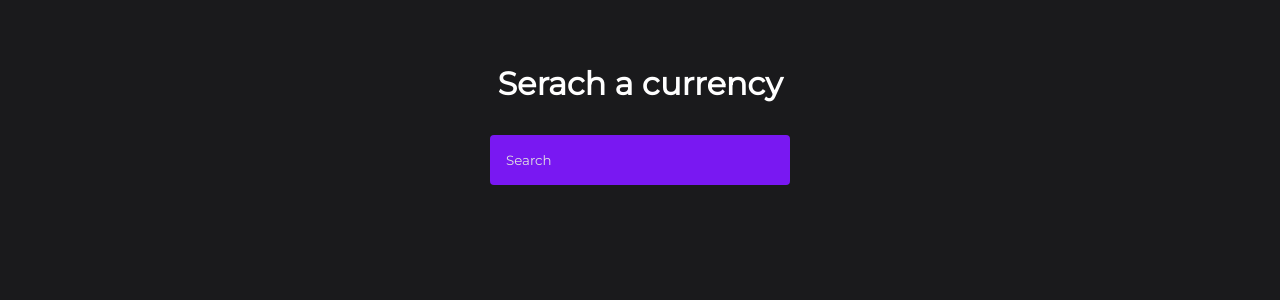
Repository: Malooyyy/crypto-tracker
Page: /
These files come from the project's save history. The page is drawn as it stood at one moment and after the next save; the edit follows.
The browser window is 1280 px wide. The pictures show the whole page.
The page's requests for data from a server got no answer. The project was rebuilt for these pictures with package versions that can differ from the ones it lists, and the page was loaded fresh each time. No one was signed in, and anything a server would have sent is missing. Also part of the build but not shown: src/Coin.css, src/Coin.js.

Above is the page before, as saved 2022-06-29 09:22:53.

### src/index.css
@import url('https://fonts.googleapis.com/css2?family=Montserrat&display=swap');

* {
  box-sizing: border-box;
  margin: 0;
  padding: 0;
  font-family: 'Montserrat', sans-serif;
  background-color: #1a1a1c;
  color: #fff;
}

.coin-app {
  display: flex;
  flex-direction: column;
  align-items: center;
  margin-top: 64px;
  color: #fff;
}

.coin-search {
  margin-bottom: 64px;
  display: flex;
  flex-direction: column;
  justify-content: center;
  align-items: center;
}

.coin-text {
  margin-bottom: 32px;
  text-align: center;
}

.coin-input {
  padding-left: 16px;
  width: 300px;
  height: 50px;
  border-radius: 4px;
  border: none;
  border-image: Linear-gradients(-225deg, #ac32e4 0%, #7918f2, #4801ff 100%);
  background: #7918f2;
  color: #e2e2e2;
}

.coin-input::placeholder {
  color: #e2e2e2;
}

### src/App.js
import React, {useEffect, useState} from 'react';
import axios from 'axios';
import Coin from './Coin.js'


function App() {
  const[coins, setCoins] = useState([]);
  const [search, setSearch] = useState('')

  useEffect(() => {
    axios
    .get('https://api.coingecko.com/api/v3/coins/markets?vs_currency=usd&order=market_cap_desc&per_page=100&page=1&sparkline=false')
    .then(res => {
      setCoins(res.data);
    })
    .catch( error => console.log(error));
  }, []);

  const handleChange = e => {
    setSearch(e.target.value)
  }

  const filteredCoins = coins.filter(coin =>
    coin.name.toLowerCase().includes(search.toLowerCase())
    )

  return (
    <div className="coin-app">
      <div className="coin-serach">
        <h1 className="coin-text">Serach a currency</h1>
        <form>
          <input placeholder='Search' className='coin-input' type="text" onChange={handleChange} />
        </form>
      </div>
      {filteredCoins.map(coin => {
        return (
          <Coin key={coin.id}
          name={coin.name}
          image={coin.image}
          symbol={coin.symbol}
          marketcap={coin.market_cap}
          price={coin.current_price}
          priceChange={coin.price_change_percentage_24h}
          volume={coin.total_volume}
          />
        );
      })}
    </div>
  );
}

export default App;

Loaded but not shown: public/index.html (common file); src/index.js (common file)

After the next save:
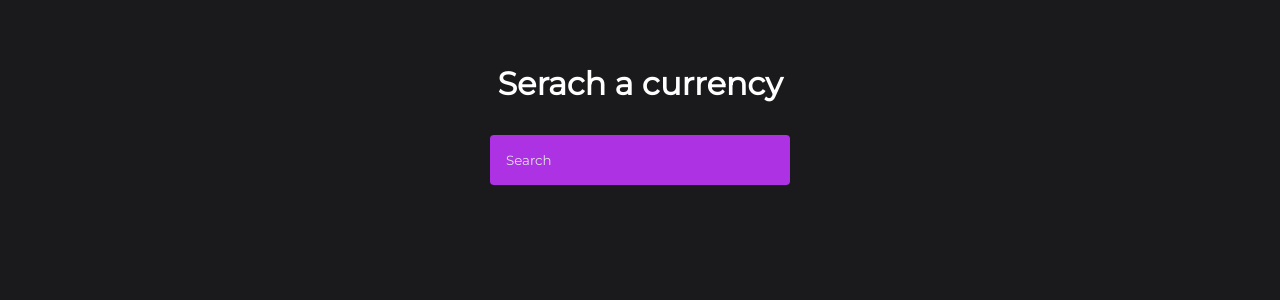
Saved 7 s later.
--- a/src/index.css
+++ b/src/index.css
@@ -37,7 +37,7 @@
   border-radius: 4px;
   border: none;
   border-image: Linear-gradients(-225deg, #ac32e4 0%, #7918f2, #4801ff 100%);
-  background: #7918f2;
+  background: #ac32e4;
   color: #e2e2e2;
 }
 
